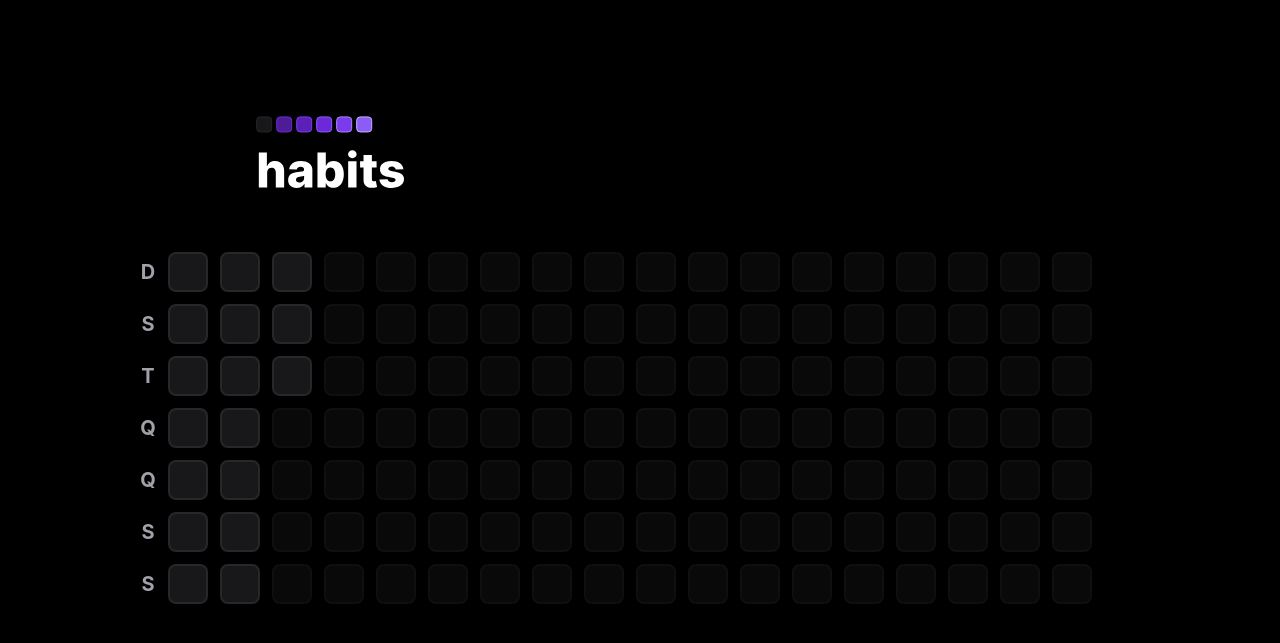
Repository: Herlander929/Setup-Constolador-de-h-bitos
Page: / (app in front-end/web/)
An editor plug-in stored every save of this project. The page is shown before and after the next save, followed by the edit.
The browser window is 1280 px wide. The pictures show the whole page.
The project was rebuilt for these pictures with package versions that can differ from the ones it lists, and the page was loaded fresh each time. Also part of the build but not shown: front-end/web/vite.config.ts.

Above is the page before, as saved 2023-01-20 12:12:40.

### front-end/web/index.html
<!DOCTYPE html>
<html lang="en">
  <head>
    <meta charset="UTF-8" />
    <link rel="icon" type="image/svg+xml" href="/vite.svg" />
    <meta name="viewport" content="width=device-width, initial-scale=1.0" />
    <title>Vite + React + TS</title>
  </head>
  <body class="bg-black text-white">
    <div id="root"></div>
    <script type="module" src="/src/main.tsx"></script>
  </body>
</html>

### front-end/web/src/App.tsx
import { Header } from './componentes/Header';
import  {SummaryTable } from './componentes/SummaryTable';
import './styles/global.css';



export function App() {

  return (
    <div className="w-screen h-screen flex justify-center items-center">
      <div className="w-full max-w-5xl px-6, flex flex-col gap-16">
    <Header/>
    <SummaryTable/>
      </div>

    </div>
  )
}

### front-end/web/src/componentes/Header.tsx
import LogoImage from '../assets/logo.svg'
import * as Dialog from '@radix-ui/react-dialog';
import { Plus } from 'phosphor-react'


export function Header() {



    return (
        <div className="w-full max-w-3xl mx-auto flex items-center justify-between">
            <img src={LogoImage} alt="habits" />

           {/*  <Dialog.Root>
                <Dialog.Trigger
                    type="button"
                    className="border border-violet-500 font-semibold rounded-lg px-6 py-4 flex items-center gap-3 hover:border-violet-300"
                >
                    <Plus size={20} className="text-violet-500" />
                    Novo hábito
                    </Dialog.Trigger>
            </Dialog.Root>

            <Dialog.Portal>
                <Dialog.Overlay className='w-screen h-screen bg-black/80 fixed inset-0'/>
                <Dialog.Content className='absolute p-10 bg-zinc-900 rounded-2xl w-full max-w-md top-1/2 left-1/2 -translate-x-1/2 -translate-y-1/2'>
                    Contúdo do Modal
                </Dialog.Content>
            </Dialog.Portal> */}

        </div>
    )
}

### front-end/web/src/componentes/SummaryTable.tsx
import { generateDatesFromYearBegining } from '../utils/genarate-dates-drom-year-begining';
import { HabitDay } from './HabitDay';

const weekDays = ['D', 'S', 'T', 'Q', 'Q', 'S', 'S']

const summaryDates = generateDatesFromYearBegining()

const minimumSummaryDatesSize = 18 * 7 //18 weeks

const amountOfDaysToFill = minimumSummaryDatesSize - summaryDates.length


export function SummaryTable() {


    return (

        <div className="w-full flex">
            <div className="grid grid-rows-7 grid-flow-row gap-3">

                {weekDays.map((weekDay, i) => {
                    return (
                        <div  key={`${weekDay}-${i}`}
                        className="text-zinc-400 text-xl font-bold h-10 w-10 flex items-center justify-center">
                            {weekDay}
                        </div>

                    )
                })}


            </div>

            <div className="grid grid-rows-7 grid-flow-col gap-3">
               {summaryDates.map(date => {
                return <HabitDay
                key={date.toString()}
                />


               })}
               {amountOfDaysToFill > 0 && Array.from({length: amountOfDaysToFill}).map((_, i) => {
                return (
                    <div key={i}
                    className="w-10 h-10 bg-zinc-900 border-2 border-zinc-800 rounded-lg opacity-40 cursor-not-allowed"/>
                )
               })
               }


            </div>
        </div>
    )
}

### front-end/web/src/utils/genarate-dates-drom-year-begining.ts
import dayjs from 'dayjs'

export function generateDatesFromYearBegining() {

    const firstDayofTheYear = dayjs().startOf('year')
    const today = new Date()

    const dates = []
    let compareDate = firstDayofTheYear

    while (compareDate.isBefore(today)) {
        dates.push(compareDate.toDate())
        compareDate = compareDate.add(1,'day')
    }

    return dates

}

### front-end/web/src/componentes/HabitDay.tsx



export function HabitDay (){
    return (

            <div className="w-10 h-10 bg-zinc-900 border-2 border-zinc-800 rounded-lg"></div>

    )
}

### front-end/web/tailwind.config.cjs
/** @type {import('tailwindcss').Config} */
module.exports = {
  content: [
    './src/**/*.tsx',
    './index.html'
  ],
  theme: {
    extend: {
      colors:{
        background: '#09090A'
      },
      gridTemplateRows: {
        7: 'repeat(7,minmax(0, 1fr))'
      },
    },
  },
  plugins: [],
}

Loaded but not shown: front-end/web/src/main.tsx (common file); front-end/web/src/index.css (common file); front-end/web/src/styles/global.css (common file)

After the next save:
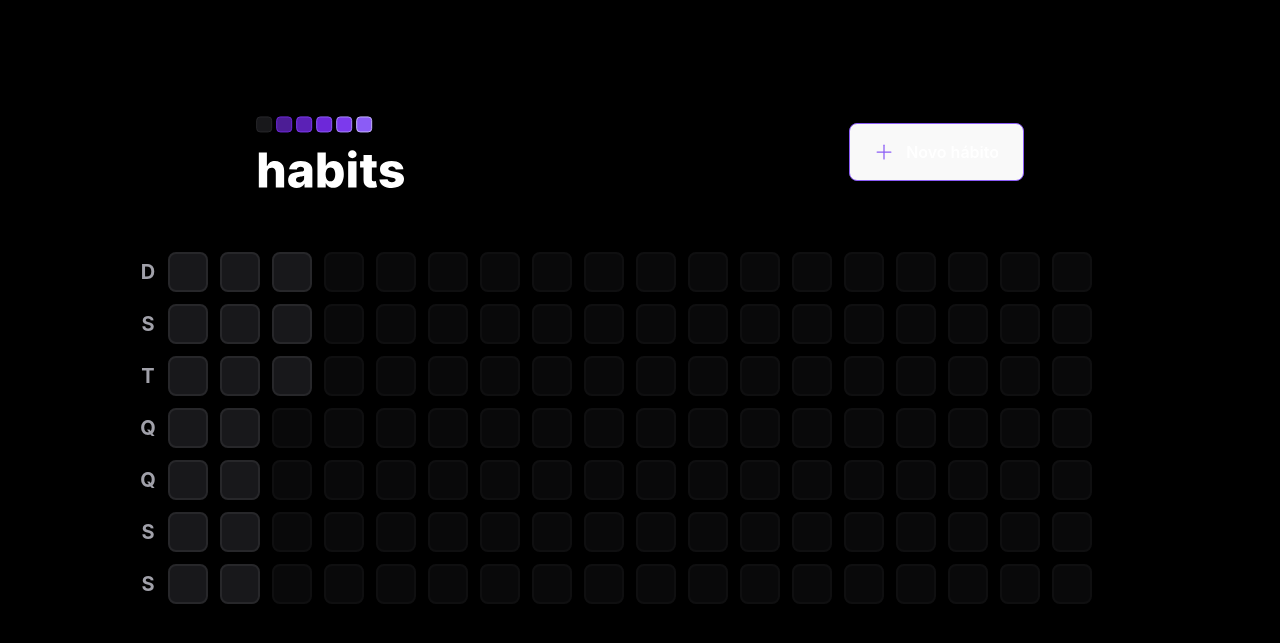
Saved 63 s later.
--- a/front-end/web/src/componentes/Header.tsx
+++ b/front-end/web/src/componentes/Header.tsx
@@ -11,7 +11,7 @@ export function Header() {
         <div className="w-full max-w-3xl mx-auto flex items-center justify-between">
             <img src={LogoImage} alt="habits" />
 
-           {/*  <Dialog.Root>
+            <Dialog.Root>
                 <Dialog.Trigger
                     type="button"
                     className="border border-violet-500 font-semibold rounded-lg px-6 py-4 flex items-center gap-3 hover:border-violet-300"
@@ -19,14 +19,15 @@ export function Header() {
                     <Plus size={20} className="text-violet-500" />
                     Novo hábito
                     </Dialog.Trigger>
-            </Dialog.Root>
+
 
             <Dialog.Portal>
                 <Dialog.Overlay className='w-screen h-screen bg-black/80 fixed inset-0'/>
                 <Dialog.Content className='absolute p-10 bg-zinc-900 rounded-2xl w-full max-w-md top-1/2 left-1/2 -translate-x-1/2 -translate-y-1/2'>
                     Contúdo do Modal
                 </Dialog.Content>
-            </Dialog.Portal> */}
+            </Dialog.Portal>
+            </Dialog.Root>
 
         </div>
     )
